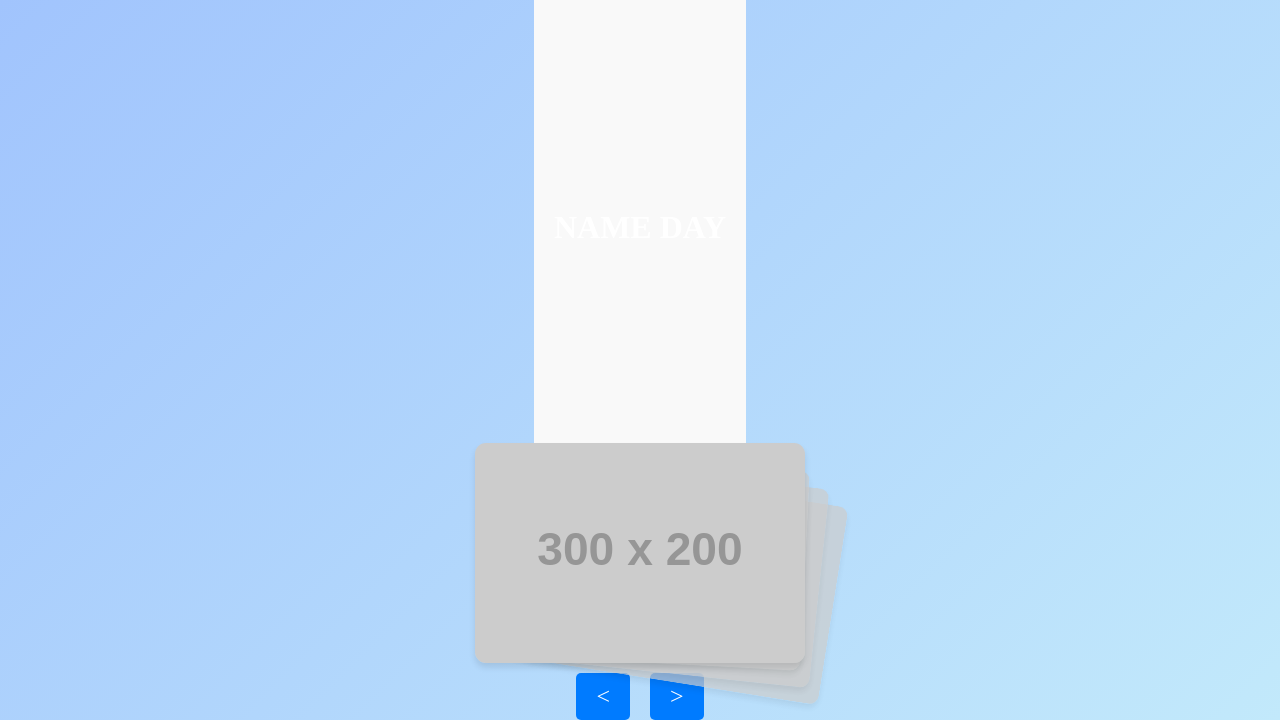
Repository: naps00/BIRTHDAY
Page: /details
The author's editor kept a copy of each file at every save. The page is drawn from the files as they stood at one save, then again after the next save.
The browser window is 1280 px wide. The pictures show the whole page.
The project was rebuilt for these pictures with package versions that can differ from the ones it lists, and the page was loaded fresh each time.

Above is the page before, as saved 2024-12-12 16:54:26.

After the next save:
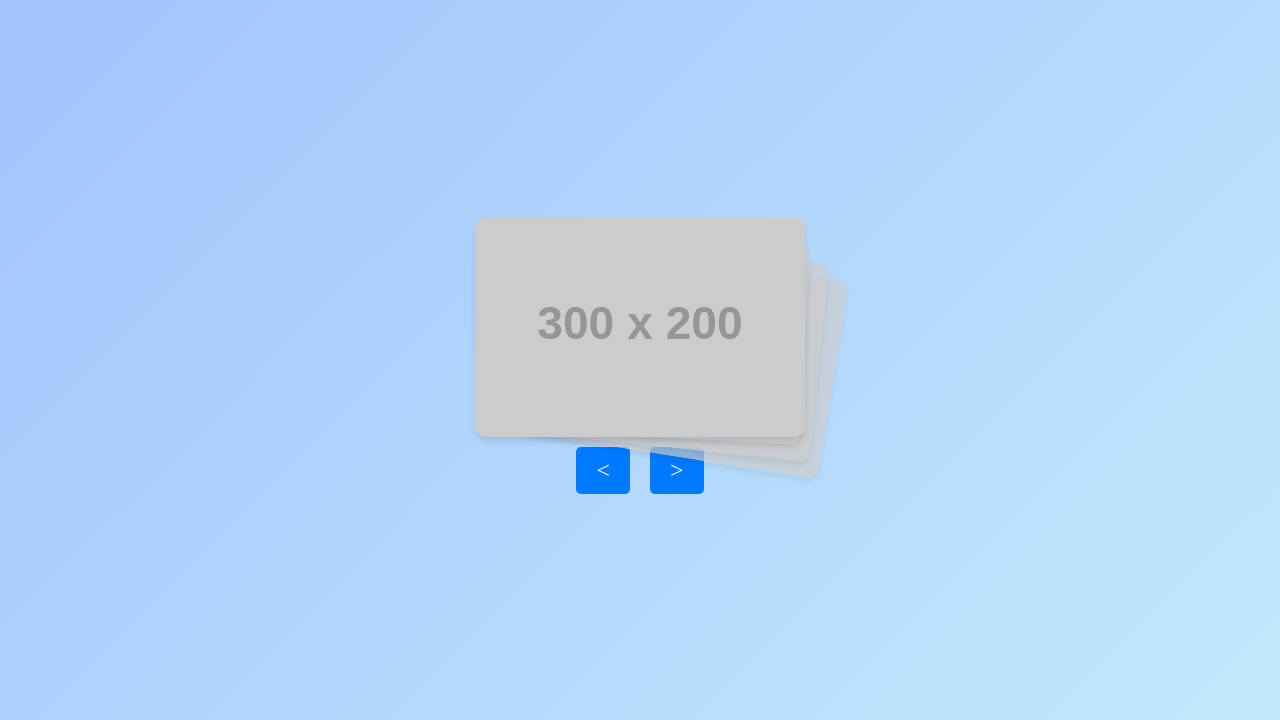
Saved 83 s later.
--- a/src/details.js
+++ b/src/details.js
@@ -21,9 +21,7 @@
 
   return (
     <div className="details-page">
-      <div className="text-section">
-        <h1>NAME DAY</h1>
-      </div>
+
 
       <div className="card-stack">
         {images.map((src, index) => {

After the 3 saves that followed:
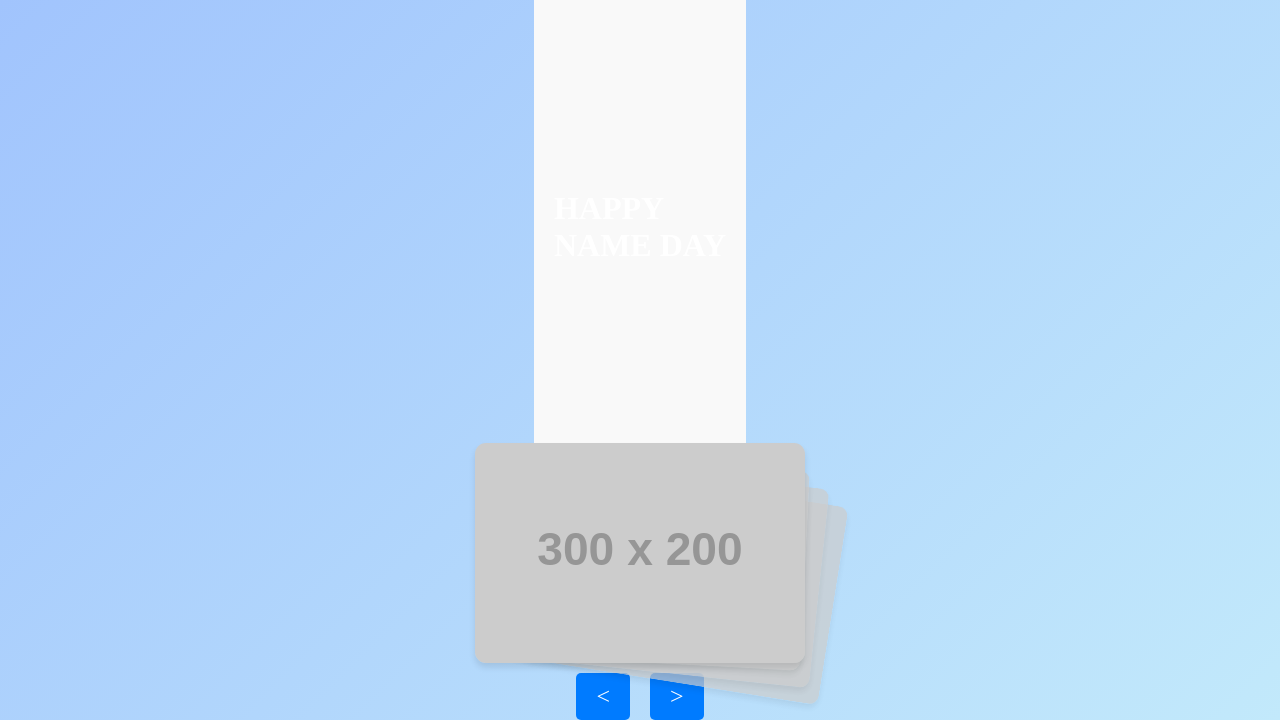
The 3 saves are shown as one change because 2 did not build or start.
The last was saved 4 min 52 s later.
--- a/src/details.js
+++ b/src/details.js
@@ -21,8 +21,15 @@
 
   return (
     <div className="details-page">
+      {/* ข้อความส่วนหัว */}
+      <div className="text-section">
+        <h1>
+          HAPPY <br />
+          NAME DAY
+        </h1>
+      </div>
 
-
+      {/* การแสดงผลแบบ Card Stack */}
       <div className="card-stack">
         {images.map((src, index) => {
           const isActive = index === currentIndex;
@@ -52,6 +59,7 @@
         })}
       </div>
 
+      {/* ปุ่มควบคุม */}
       <div className="controls">
         <button onClick={handlePrev}>&lt;</button>
         <button onClick={handleNext}>&gt;</button>
